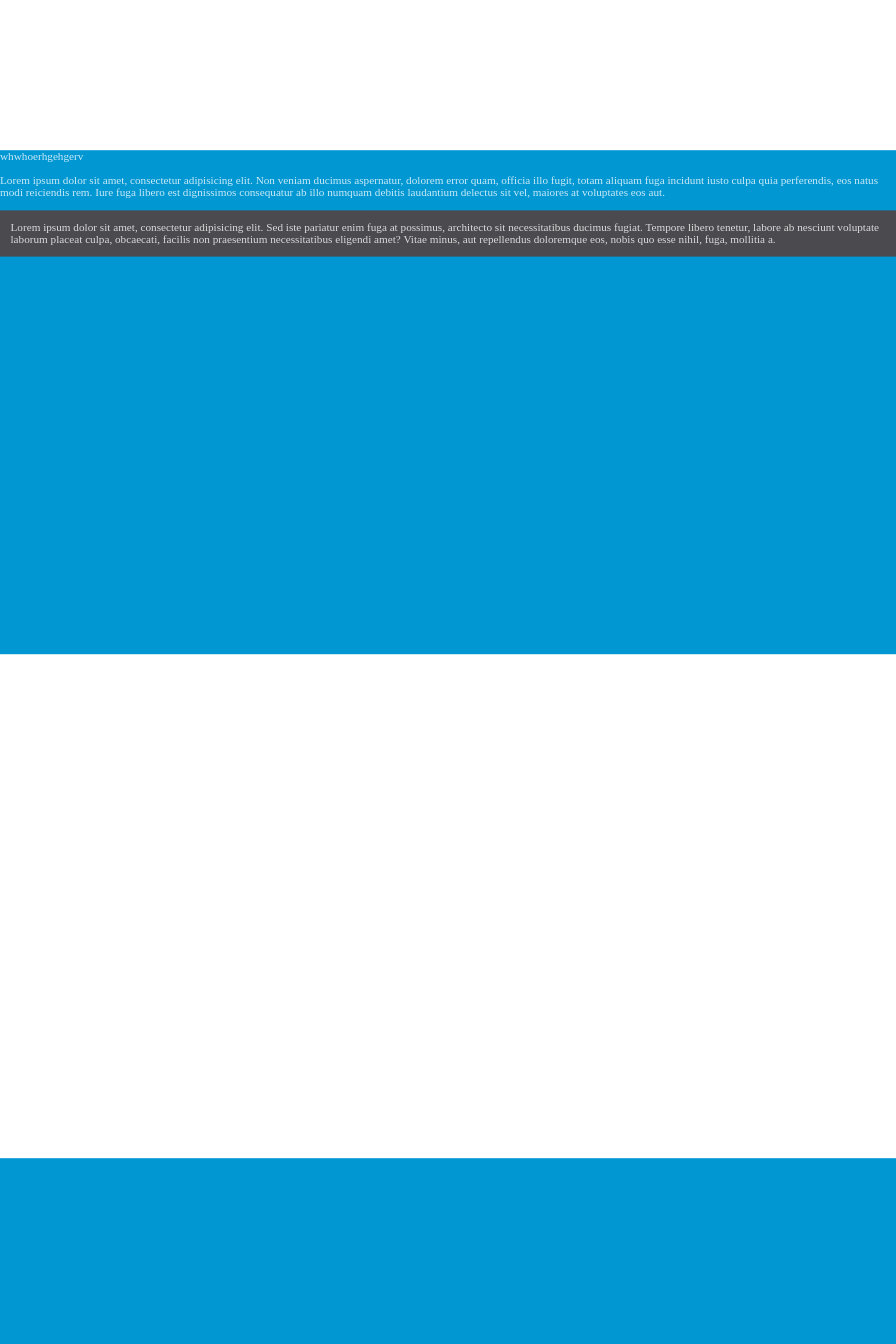
Repository: LiamB123/Adaptive-Sizing-Practice
Page: MP.html
The author's editor kept a record of every edit. The page is drawn from the files as they stood at one moment, then again after the next edit.
The browser window is 1280 px wide. The pictures show the part of the page from y = 522 to 2442 px (the page is 2896 px tall), at 70% of full size.

Above is the page before.

After the next edit:
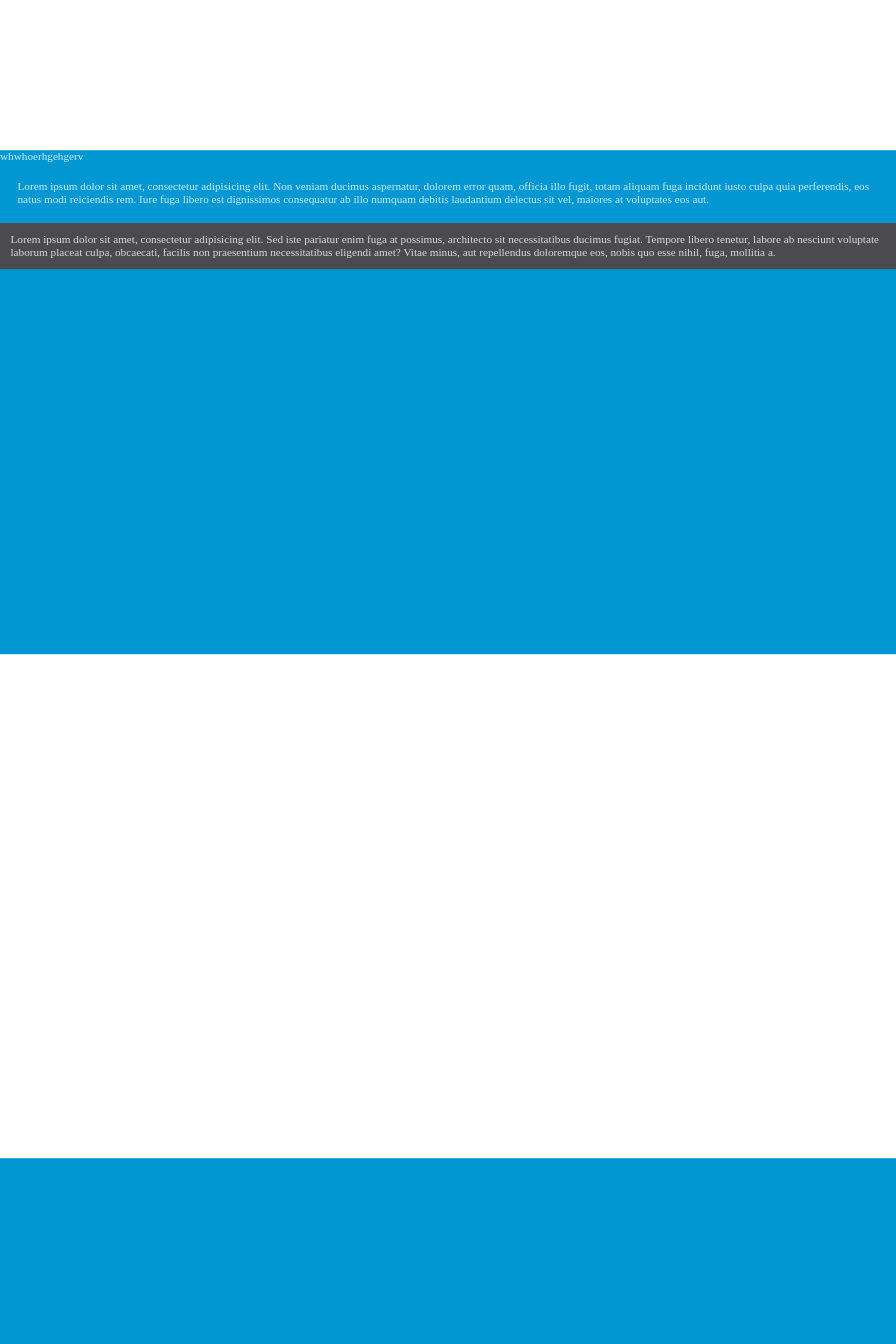
The edit:
--- a/MP.css
+++ b/MP.css
@@ -26,6 +26,7 @@
     transform:translateY(-50%) ;
 }
 .section-paragraph { font-size: 1em;
+margin: 25px;
 
 }
 .footer{ background-color:#4a4a4f;
